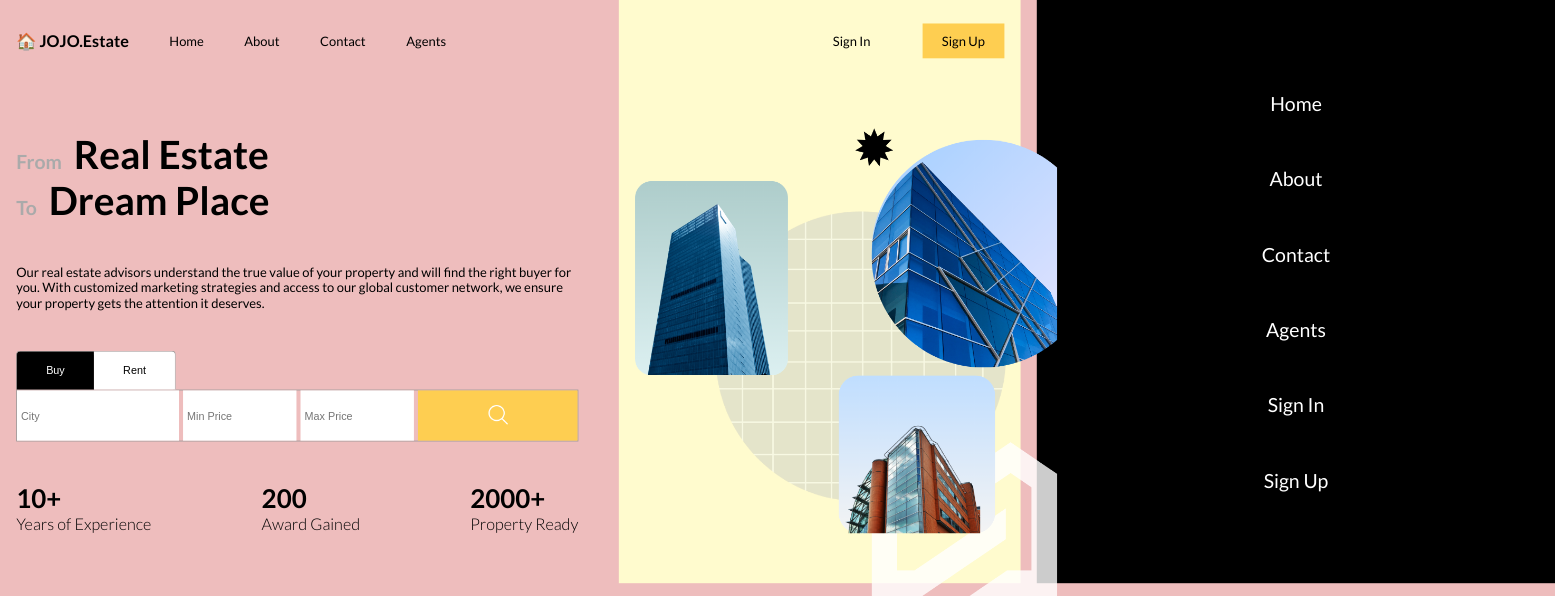
Repository: AiTrinh303/JOJO-estate
Page: /
An editor plug-in stored every save of this project. The page is shown before and after the next save, followed by the edit.
The browser window is 1280 px wide. The page is 1920 px wide, so the pictures cover 1920 px, including what lies to the right of the window. The pictures show the whole page, at 81% of full size.
The page's requests for data from a server got no answer. The project was rebuilt for these pictures with package versions that can differ from the ones it lists, and the page was loaded fresh each time. No one was signed in, and anything a server would have sent is missing. Also part of the build but not shown: vite.config.js, src/routes/listPage/listPage.scss, src/components/filter/filter.scss, src/components/filter/Filter.jsx, src/components/card/card.scss, src/components/card/Card.jsx, src/components/map/map.scss, src/components/pin/pin.scss and 21 more. Imported but missing from the stored project, and not drawn on this page: src/components/uploadWidget/UploadWidget.

Above is the page before, as saved 2024-08-06 21:39:26.

### index.html
<!DOCTYPE html>
<html lang="en">
  <head>
    <meta charset="UTF-8" />
    <link rel="icon" type="image/svg+xml" href="/logo.png" />
    <meta name="viewport" content="width=device-width, initial-scale=1.0" />
    <title>🏠JOJO Estate App</title>
    <meta name="description" content="Buy, Sell and Rent Properties" />
    <link
      href="https://fonts.googleapis.com/css2?family=Lato:ital,wght@0,100;0,300;0,400;0,700;0,900;1,100;1,300;1,400;1,700;1,900&display=swap"
      rel="stylesheet"
    />
  </head>
  <body>
    <div id="root"></div>
    <script type="module" src="/src/main.jsx"></script>
  </body>
</html>

### src/App.jsx
import HomePage from "./routes/homePage/homePage";
import { createBrowserRouter, RouterProvider } from "react-router-dom";
import ListPage from "./routes/listPage/listPage";
import { Layout, RequireAuth } from "./routes/layout/layout";
import SinglePage from "./routes/singlePage/singlePage";
import ProfilePage from "./routes/profilePage/profilePage";
import Login from "./routes/login/login";
import Register from "./routes/register/register";
import ProfileUpdatePage from "./routes/profileUpdatePage/profileUpdatePage";
import NewPostPage from "./routes/newPostPage/newPostPage";
import { listPageLoader, profilePageLoader, singlePageLoader } from "./lib/loaders";

function App() {
  const router = createBrowserRouter([
    {
      path: "/",
      element: <Layout />,
      children: [
        {
          path: "/",
          element: <HomePage />,
        },
        {
          path: "/list",
          element: <ListPage />,
          loader: listPageLoader,
        },
        {
          path: "/:id",
          element: <SinglePage />,
          loader: singlePageLoader,
        },
        {
          path: "/login",
          element: <Login />,
        },
        {
          path: "/register",
          element: <Register />,
        },
      ],
    },
    {
      path: "/",
      element: <RequireAuth />,
      children: [
        {
          path: "/profile",
          element: <ProfilePage />,
          loader: profilePageLoader
        },
        {
          path: "/profile/update",
          element: <ProfileUpdatePage />,
        },
        {
          path: "/add",
          element: <NewPostPage />,
        },
      ],
    },
  ]);

  return <RouterProvider router={router} />;
}

export default App;

### src/index.scss
*{
  padding: 0;
  margin: 0;
  box-sizing: border-box;
}

a {
  text-decoration: none;
  color: inherit;
}

body{
  font-family: "Lato", sans-serif;
  overflow: hidden;
  background-color: #eebdbd;

}

### src/routes/homePage/homePage.jsx
import { useContext } from "react";
import SearchBar from "../../components/searchBar/SearchBar";
import "./homePage.scss";
import { AuthContext } from "../../context/AuthContext";

function HomePage() {

  const {currentUser} = useContext(AuthContext)

  return (
    <div className="homePage">
      <div className="textContainer">
        <div className="wrapper">
          <h1 className="title">
            <span className="small-text">From </span>
            <span className="animated-text">Real Estate</span>
            <br />
            <span className="small-text">To </span>
            <span className="animated-text">Dream Place</span>
          </h1>
          <p>
          Our real estate advisors understand the true value of your property and will find the right buyer for you. With customized marketing strategies and access to our global customer network, we ensure your property gets the attention it deserves.
          </p>
          <SearchBar />
          <div className="boxes">
            <div className="box">
              <h1>10+</h1>
              <h2>Years of Experience</h2>
            </div>
            <div className="box">
              <h1>200</h1>
              <h2>Award Gained</h2>
            </div>
            <div className="box">
              <h1>2000+</h1>
              <h2>Property Ready</h2>
            </div>
          </div>
        </div>
      </div>
      <div className="imgContainer">
        <img src="/bg.png" alt="" />
      </div>
      {/* <div className="imgBottom">
        <img src="/bg1.jpg" alt="" />
      </div> */}
    </div>
  );
}

export default HomePage;

### src/routes/layout/layout.jsx
import "./layout.scss";
import Navbar from "../../components/navbar/Navbar";
import { Navigate, Outlet } from "react-router-dom";
import { useContext } from "react";
import { AuthContext } from "../../context/AuthContext";

function Layout() {
  return (
    <div className="layout">
      <div className="navbar">
        <Navbar />
      </div>
      <div className="content">
        <Outlet />
      </div>
    </div>
  );
}

function RequireAuth() {
  const { currentUser } = useContext(AuthContext);

  if (!currentUser) return <Navigate to="/login" />;
  else {
    return (
      <div className="layout">
        <div className="navbar">
          <Navbar />
        </div>
        <div className="content">
          <Outlet />
        </div>
      </div>
    );
  }
}

export { Layout, RequireAuth };

### src/components/searchBar/SearchBar.jsx
import { useState } from "react";
import "./searchBar.scss";
import { Link } from "react-router-dom";

const types = ["buy", "rent"];

function SearchBar() {
  const [query, setQuery] = useState({
    type: "buy",
    city: "",
    minPrice: 0,
    maxPrice: 0,
  });

  const switchType = (val) => {
    setQuery((prev) => ({ ...prev, type: val }));
  };

  const handleChange = (e) => {
    setQuery((prev) => ({ ...prev, [e.target.name]: e.target.value }));
  };

  return (
    <div className="searchBar">
      <div className="type">
        {types.map((type) => (
          <button
            key={type}
            onClick={() => switchType(type)}
            className={query.type === type ? "active" : ""}
          >
            {type}
          </button>
        ))}
      </div>
      <form>
        <input
          type="text"
          name="city"
          placeholder="City"
          onChange={handleChange}
        />
        <input
          type="number"
          name="minPrice"
          min={0}
          max={10000000}
          placeholder="Min Price"
          onChange={handleChange}
        />
        <input
          type="number"
          name="maxPrice"
          min={0}
          max={10000000}
          placeholder="Max Price"
          onChange={handleChange}
        />
        <Link
          to={`/list?type=${query.type}&city=${query.city}&minPrice=${query.minPrice}&maxPrice=${query.maxPrice}`}
        >
          <button>
            <img src="/search.png" alt="" />
          </button>
        </Link>
      </form>
    </div>
  );
}

export default SearchBar;

### src/routes/homePage/homePage.scss
@import "../../responsive.scss";

.homePage {
  display: flex;
  height: 100%;
  // background-color: #f5f5f5;

  .textContainer {
    flex: 3;

    .wrapper {
      padding-right: 100px;
      display: flex;
      flex-direction: column;
      justify-content: center;
      gap: 50px;
      height: 100%;

      @include lg{
        padding-right: 50px;
      }

      @include md{
        padding: 0;
      }

      @include sm{
        justify-content: flex-start;
      }

      .title {
        font-size: 64px;
        .small-text {
          font-size: 0.5em;
          color: #aaa;
          margin-right: 10px;
        }
        .animated-text {
          display: inline-block;
          position: relative;
          animation: slide-in 2s ease-in-out;
        }
        @include lg {
          font-size: 48px;
        }
      }

      .boxes {
        display: flex;
        justify-content: space-between;

        @include sm {
          display: none;
        }

        h1 {
          font-size: 36px;


          @include lg {
            font-size: 32px;
          }
        }

        h2 {
          font-size: 20px;
          font-weight: 300;
        }
      }
    }
  }

  .imgContainer {
    flex: 2;
    background-color: #fffbce;
    position: relative;
    display: flex;
    align-items: center;


    @include md {
      display: none;
    }

    img {
      width: 115%;
      position: absolute;
      right: -45px;


      @include lg {
        width: 105%;
      }
    }
  }


}
@keyframes slide-in {
  0% {
    opacity: 0;
    transform: translateX(-100%);
  }
  100% {
    opacity: 1;
    transform: translateX(0);
  }
}

### src/routes/layout/layout.scss
@import "../../responsive.scss";

.layout {
  height: 100vh;
  max-width: 1366px;
  margin-left: auto;
  margin-right: auto;
  padding-left: 20px;
  padding-right: 20px;
  display: flex;
  flex-direction: column;

  @include lg {
    max-width: 1280px;
  }

  @include md {
    max-width: 768px;
  }

  @include sm {
    max-width: 640px;
  }

  .content {
    // flex: 1;
    height: calc(100vh - 100px);
  }
}

### src/components/navbar/Navbar.jsx
import { useContext, useState } from "react";
import "./navbar.scss";
import { Link } from "react-router-dom";
import { AuthContext } from "../../context/AuthContext";
import { useNotificationStore } from "../../lib/notificationStore";

function Navbar() {
  const [open, setOpen] = useState(false);

  const { currentUser } = useContext(AuthContext);

  const fetch = useNotificationStore((state) => state.fetch);
  const number = useNotificationStore((state) => state.number);

  if(currentUser) fetch();

  return (
    <nav>
      <div className="left">
        <a href="/" className="logo">
          <span>🏠 JOJO.Estate</span>
        </a>
        <a href="/">Home</a>
        <a href="/">About</a>
        <a href="/">Contact</a>
        <a href="/">Agents</a>
      </div>

      <div className="right">
        <a href="/">Sign In</a>
        <a href="/" className="register">Sign Up</a>
        <div className="menuIcon">
          <img
            src="/menu.png"
            alt="menu"
            onClick={() => setOpen((prev) => !prev)}/>
        </div>
        <div className={open ? "menu active" : "menu"}>
          <a href="/">Home</a>
          <a href="/">About</a>
          <a href="/">Contact</a>
          <a href="/">Agents</a>
          <a href="/">Sign In</a>
          <a href="/">Sign Up</a>
        </div>
        {/* {currentUser ? (
          <div className="user">
            <img src={currentUser.avatar || "/noavatar.jpg"} alt="" />
            <span>{currentUser.username}</span>
            <Link to="/profile" className="profile">
              {number > 0 && <div className="notification">{number}</div>}
              <span>Profile</span>
            </Link>
          </div>
        ) : (
          <>
            <a href="/login">Sign in</a>
            <a href="/register" className="register">
              Sign up
            </a>
          </>
        )}
        <div className="menuIcon">
          <img
            src="/menu.png"
            alt=""
            onClick={() => setOpen((prev) => !prev)}
          />
        </div>
        <div className={open ? "menu active" : "menu"}>
          <a href="/">Home</a>
          <a href="/">About</a>
          <a href="/">Contact</a>
          <a href="/">Agents</a>
          <a href="/">Sign in</a>
          <a href="/">Sign up</a>
        </div> */}
      </div>
    </nav>
  );
}

export default Navbar;

### src/components/searchBar/searchBar.scss
@import "../../responsive.scss";

.searchBar {
  .type {


    button {
      padding: 16px 36px;
      border: 1px solid #999;
      border-bottom: none;
      cursor: pointer;
      background-color: white;
      text-transform: capitalize;

      &.active {
        background-color: black;
        color: white;
      };

      &:first-child {
        border-top-left-radius: 5px;
        border-right: none;
      };
      &:last-child {
        border-top-right-radius: 5px;
        border-left: none;
      };
    }
  }

  form {
    border: 1px solid #999;
    display: flex;
    justify-content: space-between;
    height: 64px;
    gap: 5px;

    @include sm {
      flex-direction: column;
      border: none;
    };

    input {
      border: none;
      padding: 0px 10px;
      width: 200px;

      @include lg {
        padding: 0px 5px;

        &:nth-child(2),
        &:nth-child(3) {
          width: 140px;
        }
      };
      @include md {
        width: 200px;
        &:nth-child(2),
        &:nth-child(3) {
          width: 200px;
        }
      };

      @include sm{
        width: auto;
        &:nth-child(2),
        &:nth-child(3) {
          width: auto;
        }
        padding: 20px;
        border: 1px solid #999;
      }
    };

    a{
      flex: 1;
      background-color: #fece51;
      display: flex;
      align-items: center;
      justify-content: center;

      button {
        border: none;
        cursor: pointer;
        background-color: #fece51;

        @include sm{
          padding: 10px;
        }

        img {
          width: 24px;
          height: 24px;
        }
      }
    }
  }
}

### src/responsive.scss
@mixin sm {
  @media (max-width: 738px) {
    @content;
  }
};

@mixin md {
  @media (max-width: 1024px) {
    @content;
  }
};

@mixin lg {
  @media (max-width: 1366px) {
    @content;
  }
};

### src/components/navbar/navbar.scss
@import "../../responsive.scss";

nav {
  height: 100px;
  display: flex;
  justify-content: space-between;
  align-items: center;

  a {
    transition: all 0.4s ease;

    @include sm {
      display: none;
    }

    &:hover {
      scale: 1.08;
    }
  }

  .left {
    flex: 3;
    display: flex;
    align-items: center;
    gap: 50px;

    .logo {
      font-weight: bold;
      font-size: 20px;
      display: flex;
      align-items: center;
      gap: 3px;

      span {
        @include md {
          display: none;
        }

        @include sm {
          display: initial;
        }
      }
    }
  }
  .right {
    flex: 2;
    display: flex;
    align-items: center;
    justify-content: flex-end;
    background-color: #fffbce;
    ;
    height: 100%;

    @include md {
      background-color: transparent;
    }

    a {
      padding: 12px 24px;
      margin: 20px;
    }

    .user{
      display: flex;
      align-items: center;
      font-weight: bold;

      img{
        width: 40px;
        height: 40px;
        border-radius: 50%;
        object-fit: cover;
        margin-right: 20px;
      }

      span{
        @include sm{
          display: none;
        }
      }

      .profile{
        padding: 12px 24px;
        background-color: #fece51;
        cursor: pointer;
        border: none;
        position: relative;

        .notification{
          position: absolute;
          top: -8px;
          right: -8px;
          background-color: red;
          color: white;
          border-radius: 50%;
          width: 26px;
          height: 26px;
          display: flex;
          align-items: center;
          justify-content: center;
        }

      }
    }

    .register {
      background-color: #fece51;
    }

    .menuIcon {
      display: none;
      z-index: 999;

      img {
        width: 36px;
        height: 36px;
        cursor: pointer;
      }

      @include sm {
        display: inline;
      }
    }

    .menu {
      position: absolute;
      top: 0;
      right: -50%;
      background-color: black;
      color: white;
      height: 100vh;
      width: 50%;
      transition: all 1s ease;
      display: flex;
      flex-direction: column;
      align-items: center;
      justify-content: center;
      font-size: 24px;

      &.active {
        right: 0;
      }

      @include sm {
        a {
          display: initial;
        }
      }
    }
  }
}

Loaded but not shown: src/main.jsx (common file); src/context/AuthContext.jsx (common file); src/context/SocketContext.jsx (common file); src/lib/loaders.js (common file); src/lib/apiRequest.js (common file); src/lib/notificationStore.js (common file)

After the next save:
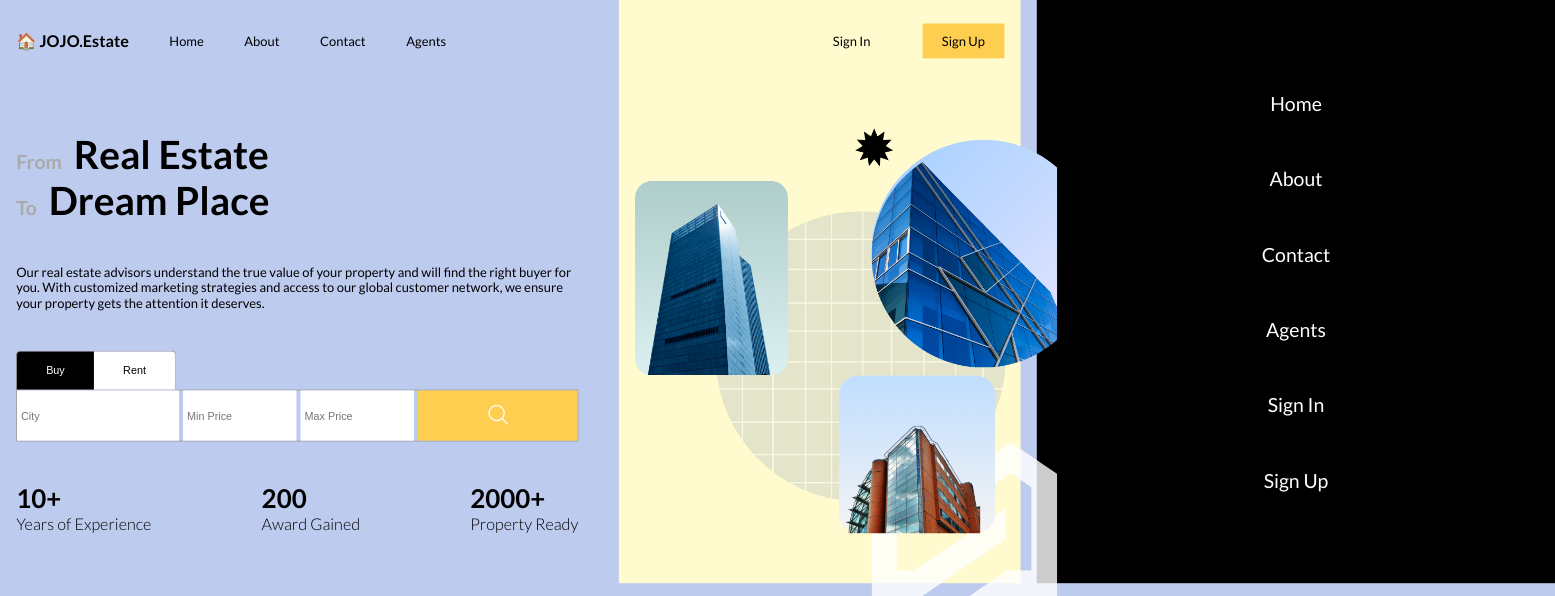
Saved 9 s later.
--- a/src/index.scss
+++ b/src/index.scss
@@ -12,6 +12,6 @@ a {
 body{
   font-family: "Lato", sans-serif;
   overflow: hidden;
-  background-color: #eebdbd;
+  background-color: #bdcbee;
 
 }
